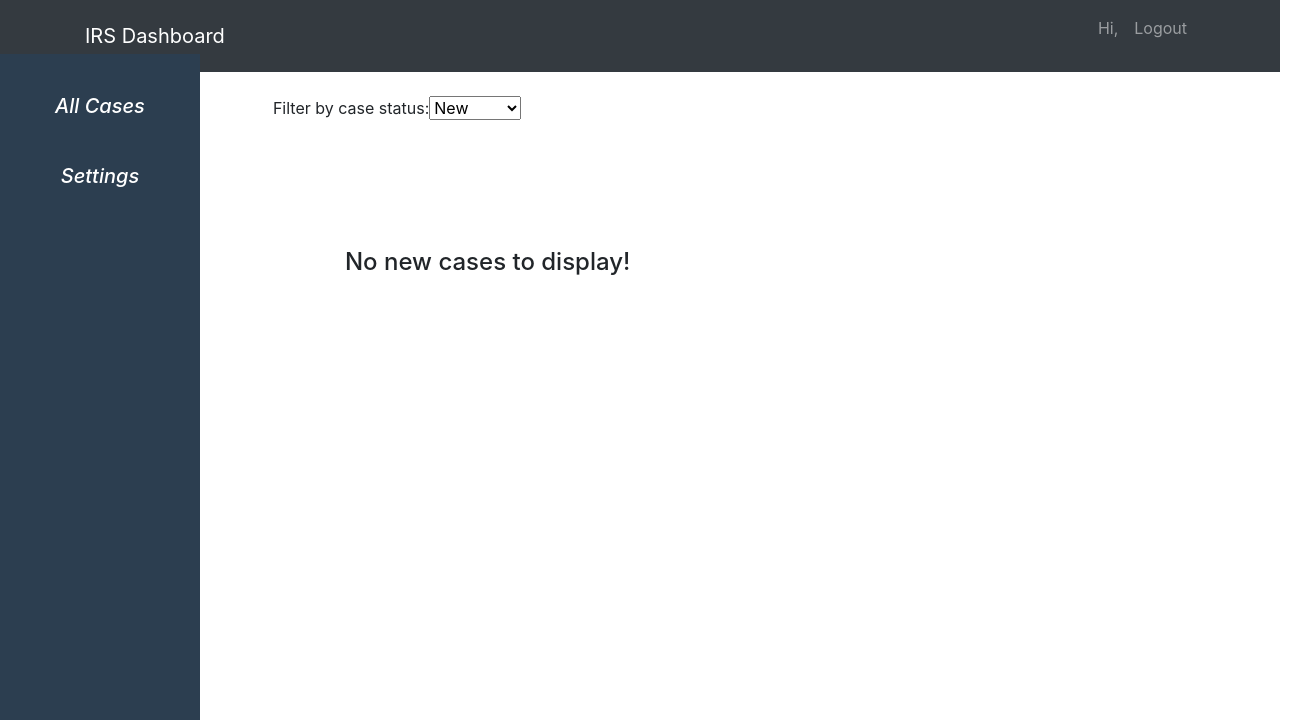
Repository: greeshmavyas/IRS_CS
Page: /AgentDashboard (app in AgentManagement/Frontend/)
An editor plug-in stored every save of this project. The page is shown before and after the next save, followed by the edit.
The browser window is 1280 px wide. The page is 1295 px wide, so the pictures cover 1295 px, including what lies to the right of the window. The pictures show the whole page.
Some web libraries are served in a nearby version. The project was rebuilt for these pictures with package versions that can differ from the ones it lists, and the page was loaded fresh each time. Also part of the build but not shown: AgentManagement/Frontend/src/components/NavbarLogin.js, AgentManagement/Frontend/src/components/login.js, AgentManagement/Frontend/src/components/updateProfile.js, AgentManagement/frontend/src/App.css.

Above is the page before, as saved 2020-10-27 11:21:26.

After the next save:
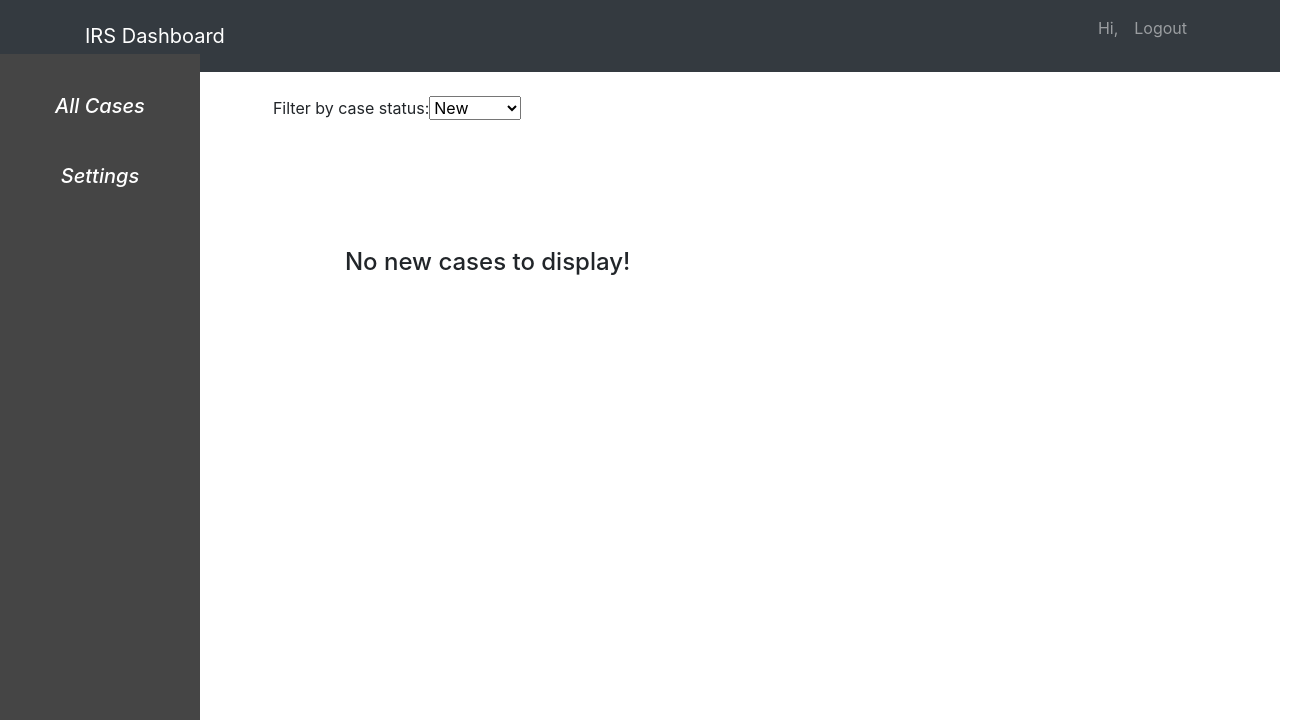
Saved 30 s later.
--- a/AgentManagement/Frontend/src/components/Sidebar.js
+++ b/AgentManagement/Frontend/src/components/Sidebar.js
@@ -8,7 +8,7 @@ const StyledSideNav = styled.div`
     width: 200px;     /* Set the width of the sidebar */
     z-index: 1;      /* Stay on top of everything */
     top: 3.4em;      /* Stay at the top */
-    background-color: #2C3E50 ; /* Black */
+    background-color: #454545; /* Black */
     overflow-x: hidden;     /* Disable horizontal scroll */
     padding-top: 40px;
     font-style: oblique;
